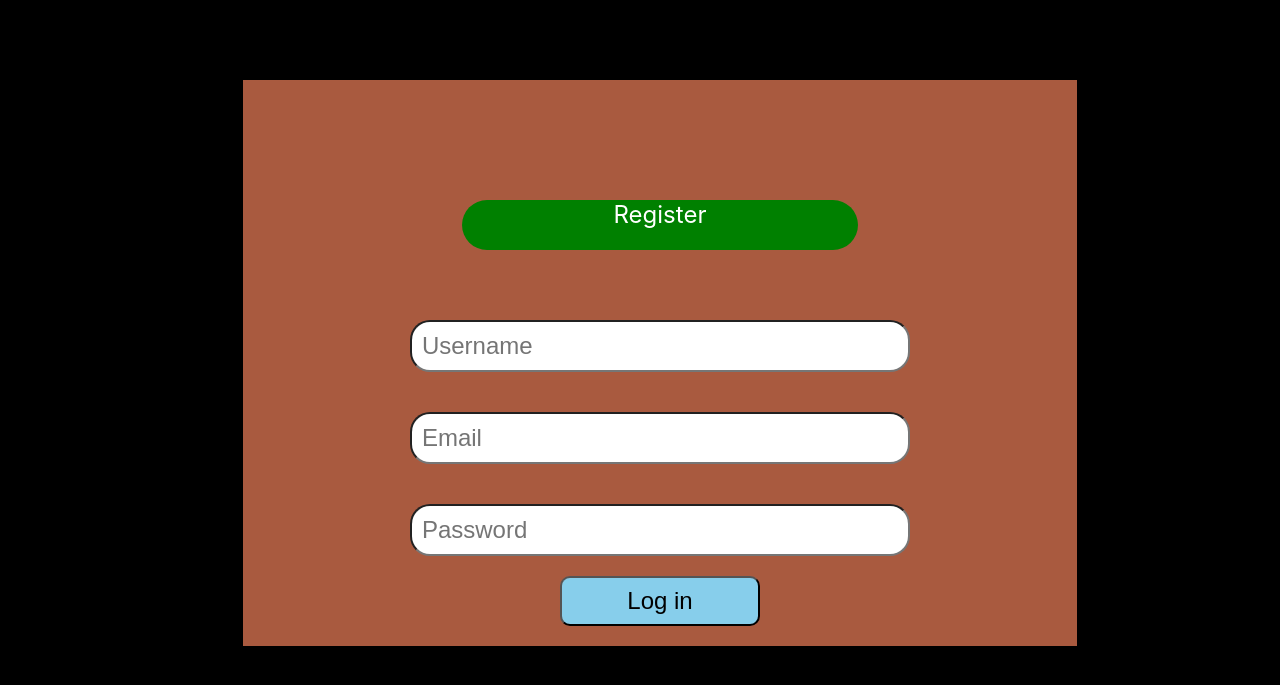
Repository: abhaysharma20233009/swiftKey
Page: /login (app in frontend/my-app/)
These files come from the project's save history. The page is drawn as it stood at one moment and after the next save; the edit follows.
The browser window is 1280 px wide. The pictures show the whole page.
The project was rebuilt for these pictures with package versions that can differ from the ones it lists, and the page was loaded fresh each time. Also part of the build but not shown: frontend/my-app/src/Swifts.js, frontend/my-app/src/Results.js.

Above is the page before, as saved 2024-10-10 20:03:48.

### frontend/my-app/src/App.js
//App.js

import './App.css';
import React from 'react';
import { BrowserRouter as Router, Route, Routes } from 'react-router-dom';
import Swift from './Swifts';
import Results from './Results';
import Login from './Login';
const App = () => {
    return (
        <Router>
			<div className="App">
            <Routes>
                <Route path="/" element={<Swift />} />
                <Route path="/results" element={<Results />} />
                <Route path="/login" element={<Login />} />
            </Routes>
			</div>
        </Router>
    );
};

export default App;

### frontend/my-app/src/App.css
.App {
  text-align: center;
  color:white;
}

body{
  background-color:black;
}

.log{
  color:black;
  margin-left: 10px;
  margin-right: 10px;
  background-color: skyblue;
  border-radius: 10px;
  height:50px;
  width:200px;
  justify-self: end;
  font-size: x-large;
}




.in{
  border-radius:20px;
  font-size: 24px;
  width: 60%;
  padding: 10px;
  margin: 20px 0;
}

.hea{
  margin-top: 100px;
  margin-bottom: 50px;
  margin-left:25%;
  background-color: lightgray;
  font-size: 24px;
  background-color:green;
  width:50%;
  height:50px;
  border-radius:30px;
  text-align: center;
}

.lo{
  text-align:center;
}
.Timer{
  height:50px;
  font-size:30px;
  margin-bottom: 10px;
  background-color:green;
  width:50px;
  margin-left:48%;
  border-radius: 15px;
}

.form{
  margin-top:80px;
  padding:20px;
  background-color:rgb(169, 90, 63);
  width:62%;
  margin-left:19%;
}

### frontend/my-app/src/Login.js
// Register.js
import React, { useState } from 'react';
import { useNavigate } from 'react-router-dom';
const Login = () => {
    const [username, setUsername] = useState('');
    const [email, setEmail] = useState('');
    const [password, setPassword] = useState('');

    const navigate = useNavigate();
    const fetchUser = async () => {
        try {
            await fetch('http://localhost:7000/login');

        } catch (error) {
            console.error('Error fetching messages:', error);
        }
    };

    const log = async () => {
        try {
            navigate('/', { state: { username,email } });
            const response = await fetch('http://localhost:7000/login', {
                method: 'POST',
                headers: {
                    'Content-Type': 'application/json',
                },
                body: JSON.stringify({ userName: username, email, password }),
            });

            if (!response.ok) {
                const errorData = await response.json();
                alert(errorData.message || errorData.error);
                return;
            }else{
                alert("user successfully registered");
            }
            // Reset fields
            setUsername('');
            setPassword('');

            // Navigate to Swifts with username

            await fetchUser();

        } catch (error) {
            console.error('Error login:', error);
        }
    }


    return (
        <div>

            <form className ="form">
            <div  className='hea'>Register</div>
                <input
                    className="in"
                    type="text"
                    placeholder="Username"
                    value={username}
                    onChange={(e) => setUsername(e.target.value)}
                    required
                />
                <br/>
                <input
                className="in"
                    type="email"
                    placeholder="Email"
                    value={email}
                    onChange={(e) => setEmail(e.target.value)}
                    required
                />
                <br/>
                <input

                className="in"
                    type="password"
                    placeholder="Password"
                    value={password}
                    onChange={(e) => setPassword(e.target.value)}
                    required
                />
                <br/>
                <button className="log" onClick={log}>Log in</button>
            </form>
        </div>
    );
};

export default Login;

Loaded but not shown: frontend/my-app/public/index.html (common file); frontend/my-app/src/index.js (common file); frontend/my-app/src/index.css (common file); frontend/my-app/src/reportWebVitals.js (common file)

After the next save:
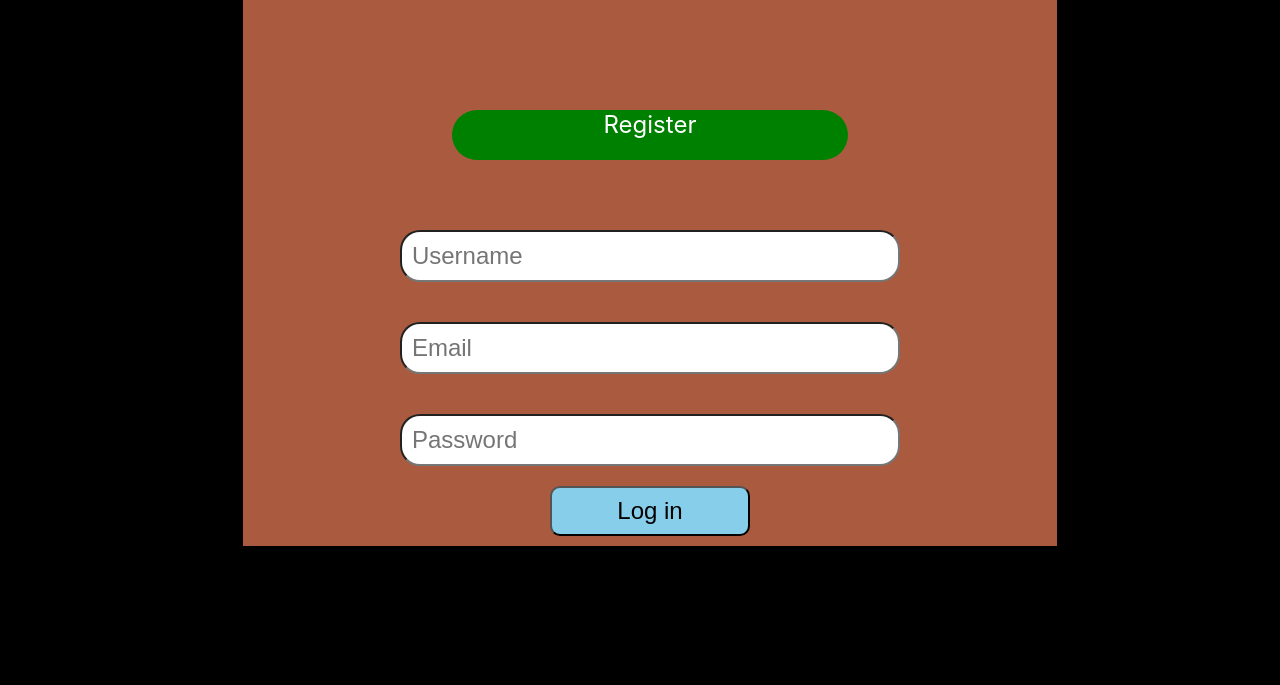
Saved 11 s later.
--- a/frontend/my-app/src/App.css
+++ b/frontend/my-app/src/App.css
@@ -57,8 +57,7 @@ body{
 }
 
 .form{
-  margin-top:80px;
-  padding:20px;
+  padding:10px;
   background-color:rgb(169, 90, 63);
   width:62%;
   margin-left:19%;
